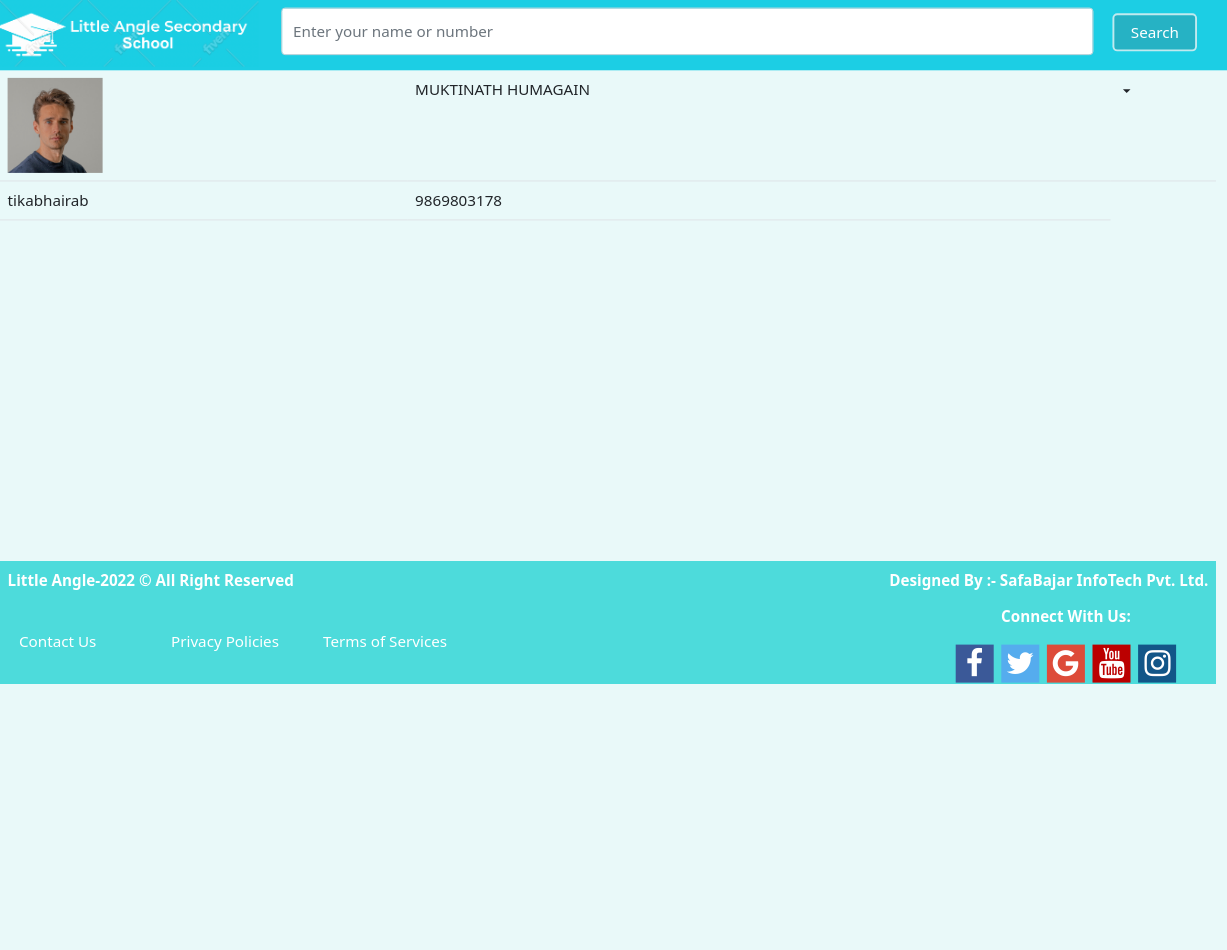
Repository: Sjuicyy/School-Project
Page: profilesview.html
The author's editor kept a copy of each file at every save. The page is drawn from the files as they stood at one save, then again after the next save.
The browser window is 1280 px wide. The page is 1292 px wide, so the pictures cover 1292 px, including what lies to the right of the window. The pictures show the whole page, at 95% of full size.

Above is the page before, as saved 2022-09-22 11:30:51.

After the next save:
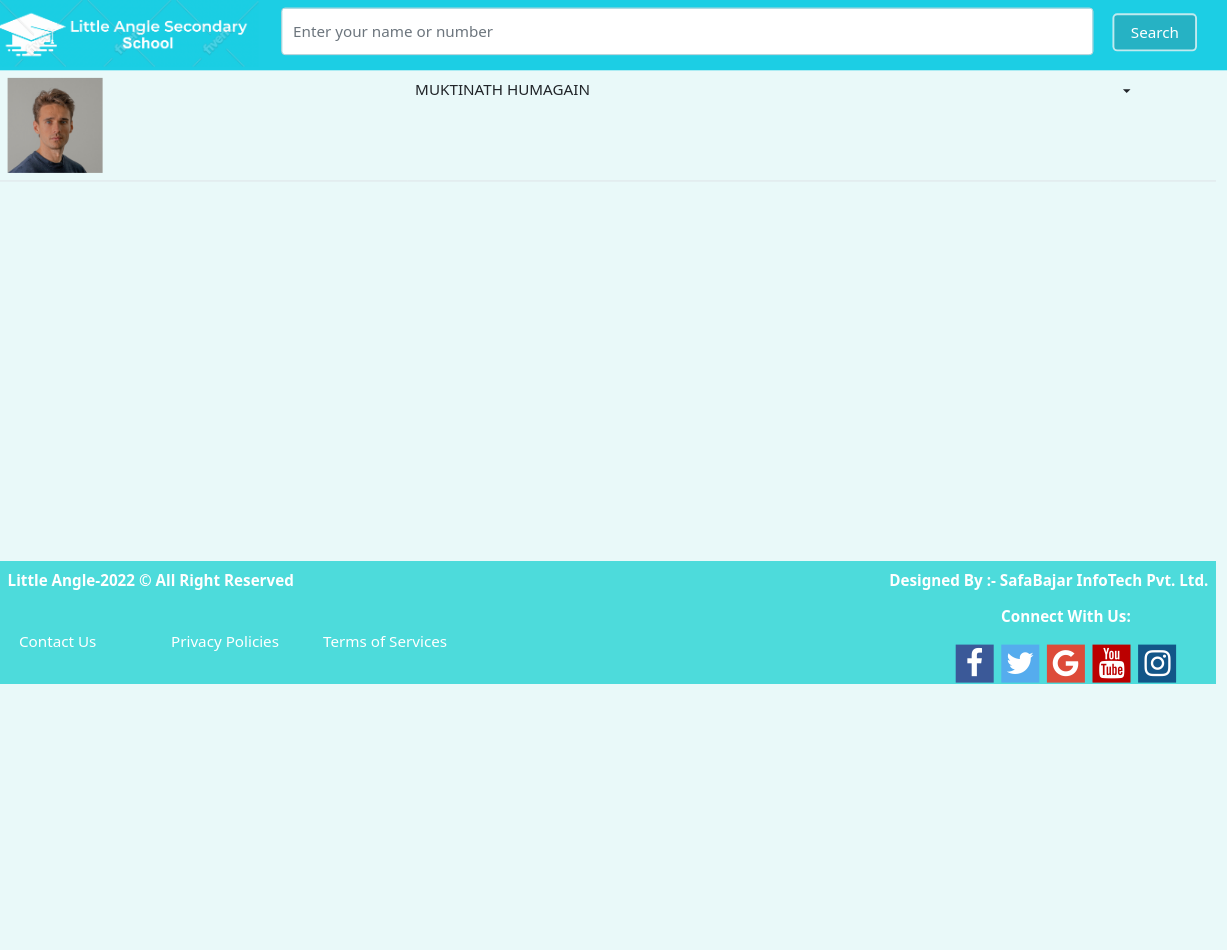
Saved 19 s later.
--- a/profilesview.html
+++ b/profilesview.html
@@ -247,10 +247,7 @@
                             </button>
                         </div>
                     </td>
-                <tr>
-                    <td>tikabhairab</td>
-                    <td>9869803178</td>
-                </tr>
+
                 </tr>
             </tbody>
         </table>
